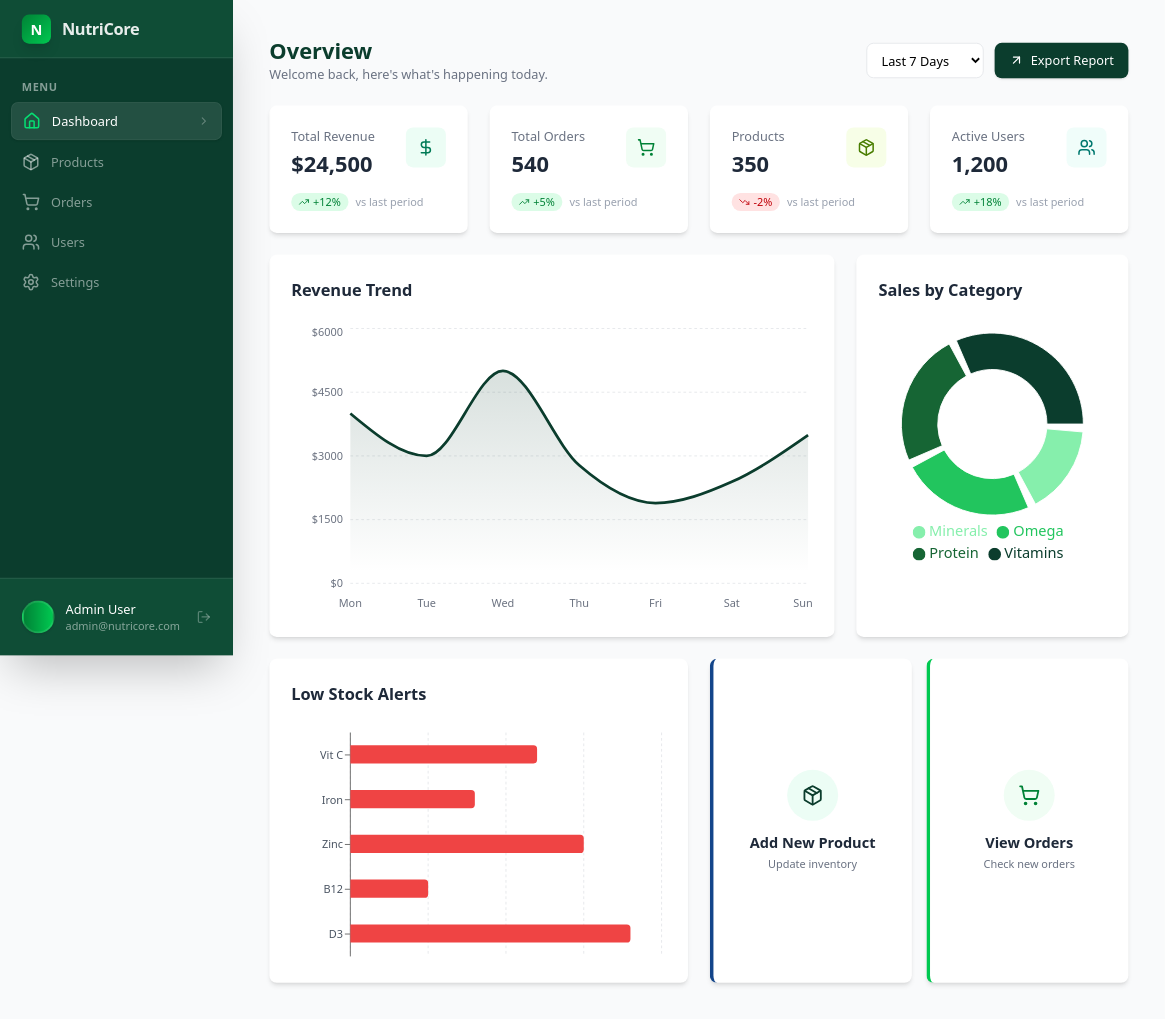
Repository: A-Nawaz512/NutriCore
Page: /admin/dashboard (app in frontend/)
These files come from the project's save history. The page is drawn as it stood at one moment and after the next save; the edit follows.
The browser window is 1280 px wide. The pictures show the whole page, at 91% of full size.
The project was rebuilt for these pictures with package versions that can differ from the ones it lists, and the page was loaded fresh each time. Also part of the build but not shown: frontend/vite.config.ts, frontend/src/shared/components/ui/Button.tsx, frontend/src/shared/components/ui/Badge.tsx, frontend/src/shared/components/layout/Header.tsx, frontend/src/shared/components/layout/Footer.tsx, frontend/src/shared/components/layout/MainLayout.tsx.

Above is the page before, as saved 2026-02-19 20:25:34.

After the next save:
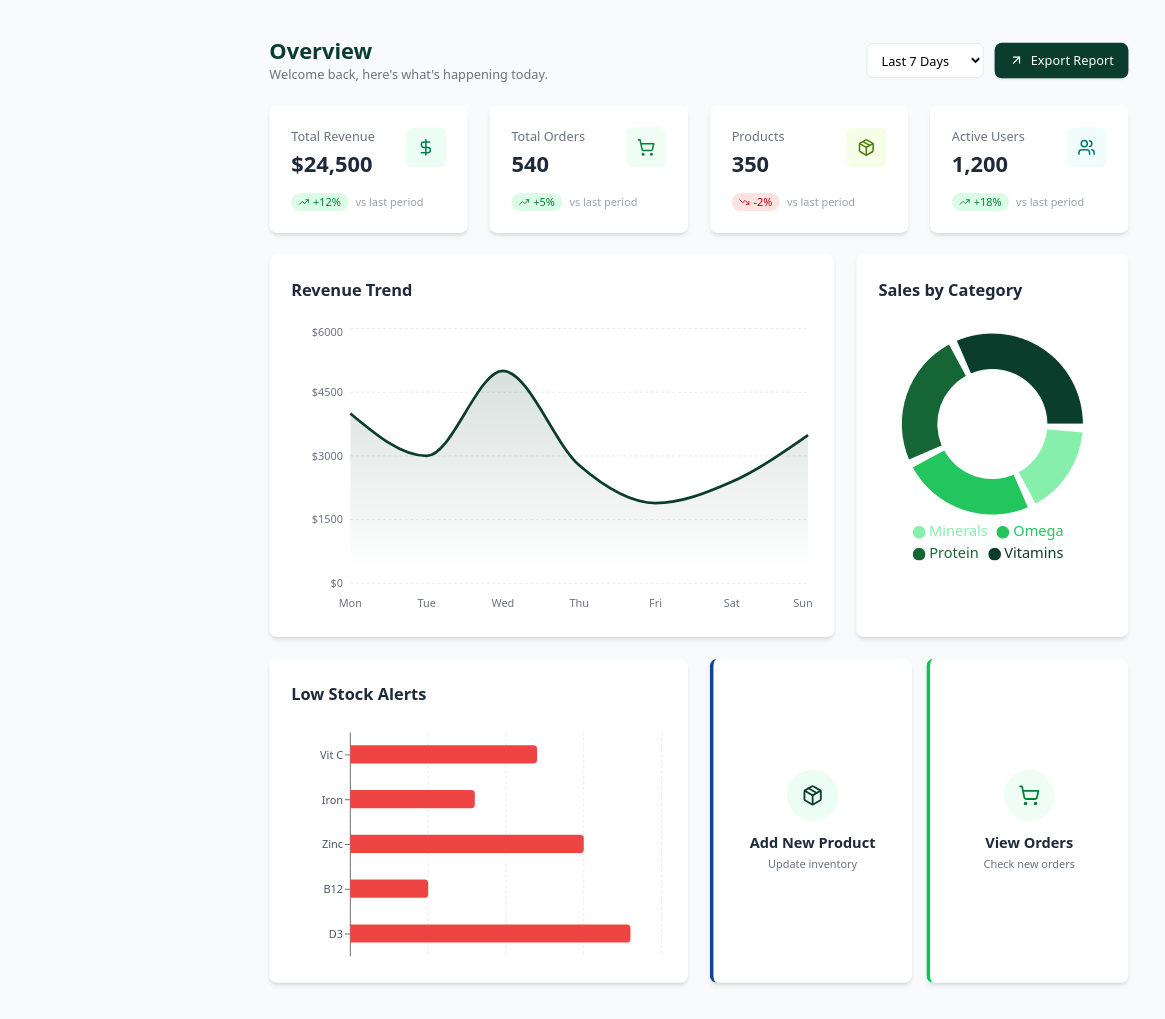
Saved 6 s later.
--- a/frontend/src/features/admin/components/AdminSidebar.tsx
+++ b/frontend/src/features/admin/components/AdminSidebar.tsx
@@ -118,7 +118,7 @@
 
       {/* Desktop Sidebar (Fixed) */}
       <div className="hidden md:block fixed inset-y-0 left-0 z-30 w-64">
-        <SidebarContent />
+
       </div>
     </>
   )

After the 5 saves that followed:
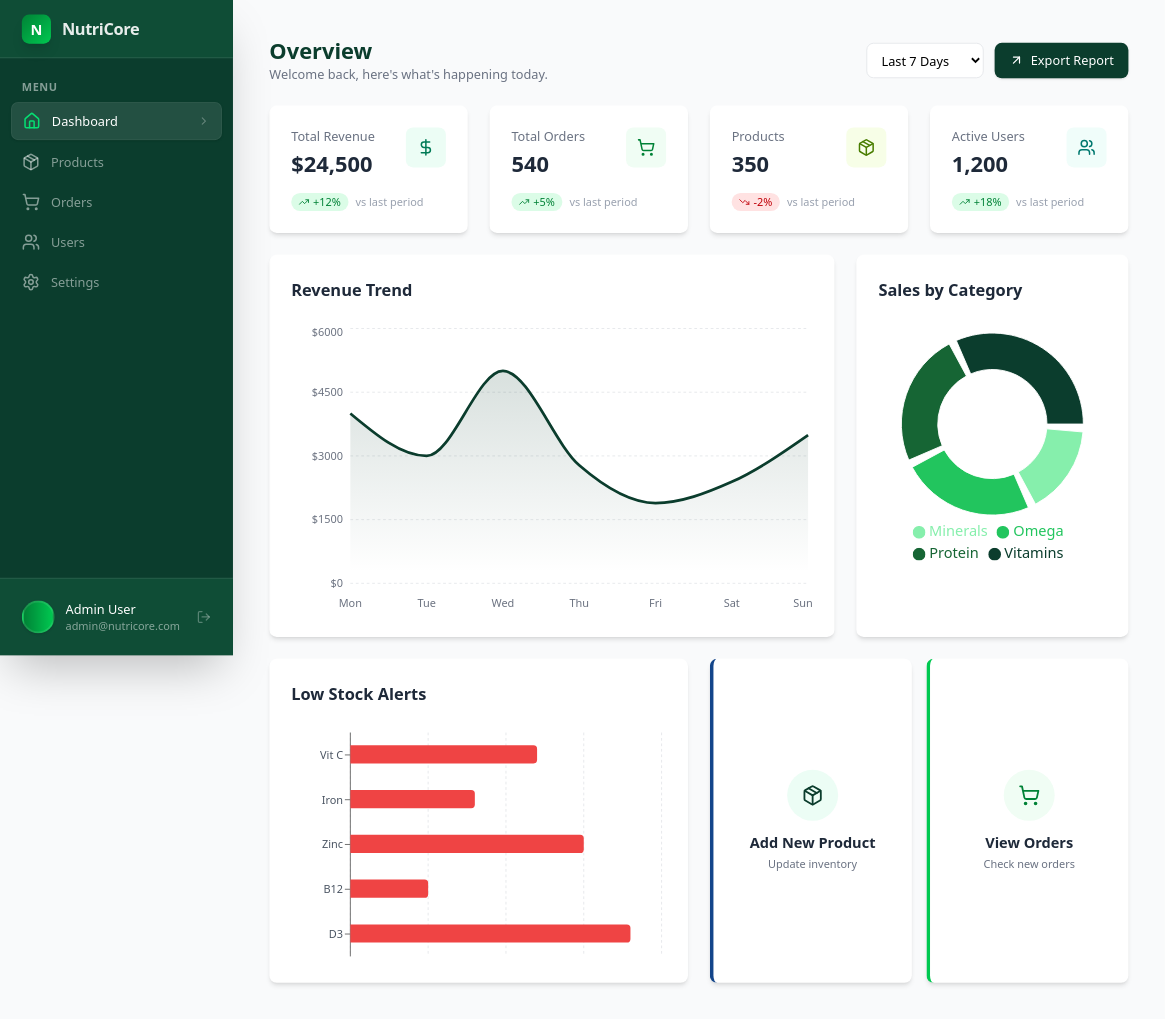
The 5 saves are shown as one change because 2 left the picture as it was and some came seconds apart.
The last was saved 38 s later.
--- a/frontend/src/features/admin/components/AdminSidebar.tsx
+++ b/frontend/src/features/admin/components/AdminSidebar.tsx
@@ -113,12 +113,12 @@
         className={`md:hidden fixed top-0 left-0 z-50 h-full w-64 shadow-2xl transition-transform duration-300 ease-out ${mobileOpen ? "translate-x-0" : "-translate-x-full"
           }`}
       >
-
+        <SidebarContent />
       </div>
 
       {/* Desktop Sidebar (Fixed) */}
       <div className="hidden md:block fixed inset-y-0 left-0 z-30 w-64">
-
+        <SidebarContent />
       </div>
     </>
   )
